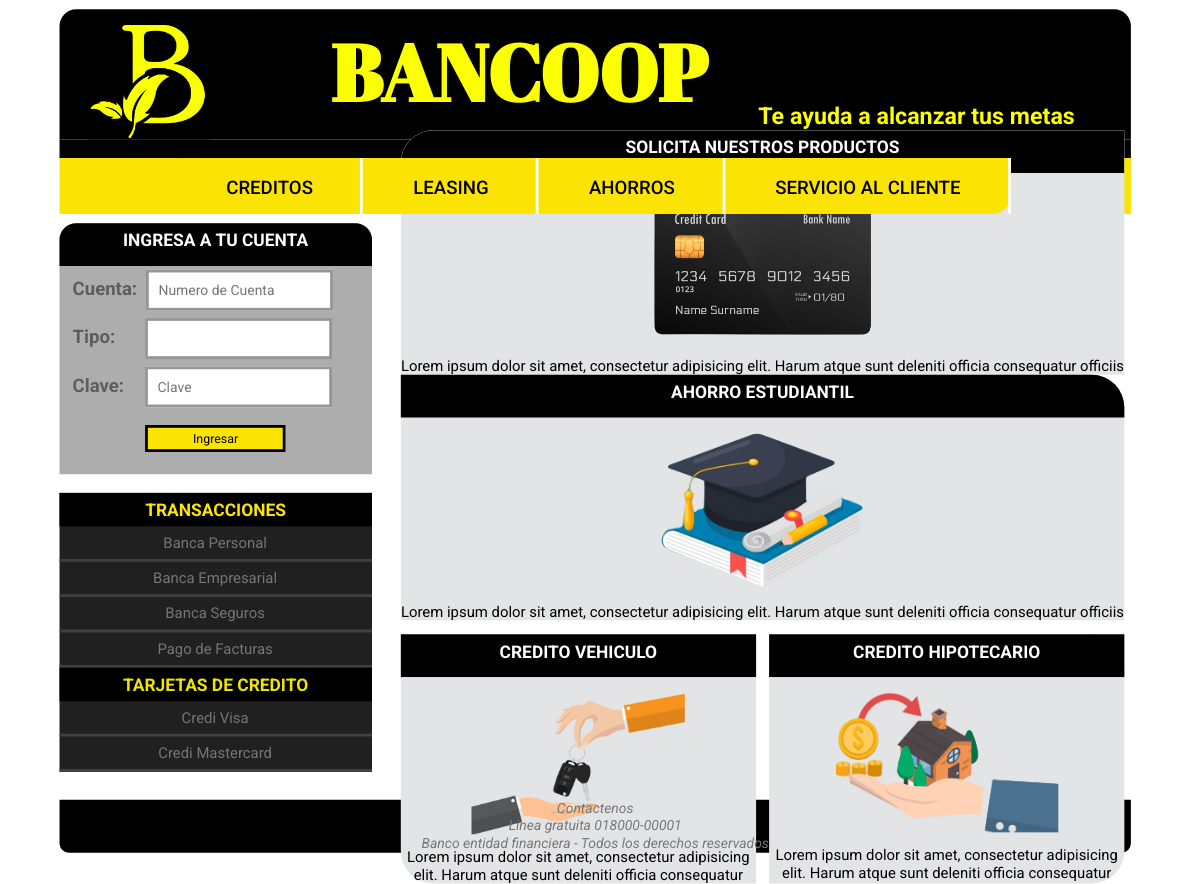
Repository: NickArregoces/BANCOOP
Page: Index.html
These files come from the project's save history. The page is drawn as it stood at one moment and after the next save; the edit follows.
The browser window is 1280 px wide. The pictures show the whole page, at 93% of full size.

Above is the page before, as saved 2021-10-15 10:38:38.

### Index.html
<!DOCTYPE html>
<html lang="en">
<head>
    <meta charset="UTF-8">
    <meta http-equiv="X-UA-Compatible" content="IE=edge">
    <meta name="viewport" content="width=device-width, initial-scale=1.0">
    <title>BANCOOP Home</title>
    <bgsound src="musica.mid"></bgsound>
    <link rel="stylesheet" href="/CSS/Style.css">
    <link href="https://fonts.googleapis.com/css2?family=Roboto:ital,wght@0,100;0,300;0,400;0,500;0,700;0,900;1,100;1,300;1,400;1,500;1,700;1,900&display=swap" rel="stylesheet">
    <link rel="preconnect" href="https://fonts.googleapis.com">
    <link rel="preconnect" href="https://fonts.gstatic.com" crossorigin>
    <link href="https://fonts.googleapis.com/css2?family=Abril+Fatface&display=swap" rel="stylesheet">

</head>
<body>
    <header>
            <div class="image">
                <img src="/Images/logo1.png" alt="logo">
            </div>
            <div class="title" >
                <h1>BANCOOP</h1>
                <h3>Te ayuda a alcanzar tus metas</h3>
            </div>

    </header>

    <nav class="barra"></nav>

            <div class="navegador">
                <ul class="menu">
                    <li><a href="/Creditos.html">Creditos</a></li>
                    <li><a href="/Leasing.html">leasing</a></li>
                    <li><a href="/Ahorros.html">Ahorros</a></li>
                    <li><a href="/Servicio.html">Servicio al cliente</a></li>
                </ul>
            </div>

        <div id="Contenido">
            <div class="section">
                <form action="" class="login">
                    <h3 style="color: rgb(255, 255, 255);">INGRESA A TU CUENTA</h3>
                        <div class="cuenta">
                            <h4>Cuenta:<input type="number" placeholder="Numero de Cuenta" required></h4>
                        </div>

                        <div class="tipo">
                            <h4>Tipo:<input type="text" required></h4>
                        </div>

                        <div class="clave">
                            <h4>Clave:<input type="password" placeholder="Clave" required></h4>
                        </div>

                    <div class="center">
                        <button class="sumbit"> Ingresar </button>
                    </div>

                </form>

                <article class="opciones">
                    <h3 style="color: rgb(255, 230, 0);">TRANSACCIONES</h3>
                    <li><a href="#">Banca Personal</a></li>
                    <li><a href="#">Banca Empresarial</a></li>
                    <li><a href="#">Banca Seguros</a></li>
                    <li><a href="#">Pago de Facturas</a></li>

                    <h3 style="color: rgb(238, 230, 0);">TARJETAS DE CREDITO</h3>
                    <li><a href="#">Credi Visa</a></li>
                    <li><a href="#">Credi Mastercard</a></li>
                </article>
            </div>

            <div id="Cuadros">
                <aside>
                    <div class="solicita">
                        <h3 style="color: rgb(255, 255, 255);">SOLICITA NUESTROS PRODUCTOS</h3>

                        <div id="Prueba">
                        <img id="Prubea" src="/Images/credit.png" alt="">
                        </div>

                        <p>Lorem ipsum dolor sit amet, consectetur adipisicing elit.
                            Harum atque sunt deleniti officia consequatur officiis</p>
                    </div>

                    <div class="ahorro">
                        <h3 style="color: rgb(255, 255, 255);">AHORRO ESTUDIANTIL</h3>

                        <div id="Prueba">
                        <img id="Prubea" src="/Images/Captura de pantalla 2021-10-04 181948.png" alt="">
                        </div>

                        <p>Lorem ipsum dolor sit amet, consectetur adipisicing elit.
                            Harum atque sunt deleniti officia consequatur officiis</p>
                    </div>

                    <div class="credito">
                        <h3 style="color: rgb(255, 255, 255);">CREDITO VEHICULO</h3>

                        <div id="Prueba">
                        <img id="Prubea" src="/Images/Captura de pantalla 2021-10-04 192824.png" alt="">
                        </div>

                        <p>Lorem ipsum dolor sit amet, consectetur adipisicing elit.
                            Harum atque sunt deleniti officia consequatur</p>
                    </div>
                    <div class="hipotecario">
                        <h3 style="color: rgb(255, 255, 255);">CREDITO HIPOTECARIO</h3>

                        <div id="Prueba">
                        <img id="Prubea" src="/Images/Wallpaper(80).jpg" alt="">
                        </div>

                        <p>Lorem ipsum dolor sit amet, consectetur adipisicing elit.
                            Harum atque sunt deleniti officia consequatur </p>
                    </div>
                </aside>
            </div>

            <div>
                <footer>
                        <p>Contactenos</p>
                        <p>Linea gratuita 018000-00001</p>
                        <p>Banco entidad financiera
                        - Todos los derechos reservados</p>
                </footer>
            </div>
        </div>

</body>
</html>

### CSS/Style.css

*{
    margin: 0 auto;
    padding: 0;
    list-style:none;
    font-family: 'Roboto', sans-serif;
}
body{
    font-family: Arial, Helvetica, sans-serif;
    background: rgb(255, 255, 255);
    width: 90%;
    color: rgb(0, 0, 0);
}
header{
    display: flex;
    justify-content: space-around;
    padding: 10px 0px;
    margin-top: 10px;
    background:rgb(0, 0, 0);
    border-top-left-radius:  18px;
    border-top-right-radius:  18px;
    height: 120px;
}
    /*Logo*/
    .image img{
        float: left;
        width: 130px;
        cursor: pointer;
        /*margin-left: 330px;
        margin-top: 5px;*/
    }
    header .title h1{
        width: 400px;
        height: 90px;
        margin-left: 70px;
        font-family: 'Abril Fatface', cursive;
        font-size: 85px;
        text-align: center;
        color: rgb(251, 255, 0);
    }

    header .title h3{
        width: 400px;
        margin-left: 500px;
        font-size: 25px;
        text-align: center;
        color: rgb(251, 255, 0);
    }

nav.barra{
    background: rgb(0, 0, 0);
    height: 20px;
}
div.navegador{
    background: rgb(251, 227, 3);
    justify-content: space-around;
    align-items: center;
    display:flex
}
    ul.menu{
        border-bottom-left-radius: 20px 20px;
        border-bottom-right-radius: 20px 20px;
        background: rgb(251, 227, 3);
        height: 60px;
        list-style: none;
        padding: 0;
        max-width: 10000px;
    }
    .menu a{
        height: 20px;
        font-size: 20px;
        font-weight: 500;
        margin-right: 1px;
        text-transform: uppercase;
        text-decoration: none;
        color:black;
        padding: 20px;
        display: inline-block;
        transition: all 0.3s;
    }
    .menu li {
        border-right: solid white;
        display: inline-block;
        padding: 0px 30px;
        list-style: none;

        }
    .menu a:hover{
        background: #8d8405b6;
        color: white;
        border-radius: 10px;
        padding: 10px 18px;
        }

.section{
    width: 30%;
    float: left;
}
    /*Formulario Login*/
    form{
        background: rgb(173, 173, 173);
        border-top-left-radius: 18px;
        border-top-right-radius: 18px;
        margin-top: 10px;
        margin-right:10px;
        margin-bottom: 10px;
        height: 270px;
    }
        form h3{
            text-align: center;
            background: black;
            height: 30px;
            padding: 8px;
            border-top-left-radius: 18px;
            border-top-right-radius: 18px;
        }
        form h4{
            font-size: 20px;
            padding: 4px;
            margin-left: 10px;
            color: rgb(95, 93, 93);

        }
        form input{
            font-size: 15px;
            width: 55%;
            padding: 10px;
            display: inline;
            border: solid rgb(149, 149, 149);
            margin-left: 10px;
        }
        div.clave input {
            margin-left: 23px;
        }
        div.tipo input {
            margin-left: 32px;
        }
        div.center{
            margin-top: 10px;
            margin: auto;
            text-align: center;
            width: 50%;
            cursor: pointer;
        }
        button{
            margin-top: 15px;
            width: 90%;
            padding: 4px;
            background: rgb(251, 227, 3);
            border: solid black;
            cursor: pointer;
        }
        button:hover{
            background: #000000;
            color: rgb(251, 227, 3);
            border-radius: 8px;
        }
    /*Menu lateral*/
    article {
        height: 300px;
        background: rgb(32, 32, 32);
        margin-top: 20px;
        margin-right:10px;
        margin-bottom: 10px;
    }
        article h3{
            text-align: center;
            padding: 8px;
            height: 20px;
            background: black;
        }
        .opciones li a{
            font-size: 16px;
            margin-right: 1px;
            text-align: center;
            text-decoration: none;
            color:rgb(117, 117, 117);
            padding: 8px;
            display: inline-block;
        }
        .opciones li {
            border-bottom: solid rgba(68, 68, 68, 0.897);
            text-align: center;
            display:inline-flexbox;
            }
        .opciones li a:hover{
            background: #242323b6;
            color: rgb(251, 227, 3);
            padding: 10px;
            }

    /*Servicios*/
aside{
    width: 69%;
    height: 610px;
    margin-top: 10px;
    float: right;
    margin-bottom: 10px;
    display: flex;
    flex-flow: row wrap;
    align-content: center;
}
    div.solicita{
        border-top-left-radius: 35px;
        margin-left: 10px;
        background: #e3e4e5;
        text-align:center;
        overflow:hidden;
    }
    /*Centrado Imagenes aside*/
    #Prueba{
        display: flex;
        align-items: center;
        justify-content: center;
    }
        div.solicita img {
            width: 250px;
            margin-top: 15px;
            margin-bottom: 15px;
            cursor:pointer;
        }
        /*Efecto Imagenes aside*/
        div aside img:hover{
            -webkit-transform:scale(1.1);
            transform:scale(1.1);
        }
        div.solicita h3{
            text-align: center;
            background: black;
            height: 30px;
            padding: 8px;
            border-top-left-radius: 35px;
        }
        div.solicita p{
            display: inline-block;
            text-align: center;
        }

    div.ahorro {
        border-top-right-radius: 35px;
        margin-left: 10px;
        background: #e3e4e5;
    }
        div.ahorro img {
            width: 220px;
            margin-top: 15px;
            margin-bottom: 15px;
            cursor:pointer;
        }
        div.ahorro h3{
            text-align: center;
            background: black;
            height: 30px;
            padding: 8px;
            border-top-right-radius: 35px;
        }
        div.ahorro p{
            display: inline-block;
            text-align: center;
        }

    div.credito {
        width: 48%;
        float: left;
        margin-top: 15px;
        border-bottom-left-radius: 35px;
        margin-left: 10px;
        background: #e3e4e5;
    }
        div.credito img {
            width: 230px;
            margin-top: 15px;
            margin-bottom: 15px;
            cursor:pointer;
        }
        div.credito h3{
            text-align: center;
            background: black;
            height: 30px;
            padding: 8px;
        }
        div.credito p{
            display: inline-block;
            text-align: center;
        }

    div.hipotecario {
        width: 48%;
        float: right;
        border-top-right-radius: 35px;
        border-bottom-right-radius: 35px;
        margin-top: 15px;
        background: #e3e4e5;
        }
            div.hipotecario img {
                width: 240px;
                margin-top: 15px;
                margin-bottom: 15px;
                cursor:pointer;
            }
            div.hipotecario h3{
                text-align: center;
                background: black;
                height: 30px;
                padding: 8px;
            }
            div.hipotecario p{
                display: inline-block;
                text-align: center;
            }

    /*Pie de Pagina*/
footer{
    background: black;
    clear: both;
    border-bottom-left-radius: 10px;
    border-bottom-right-radius: 10px;
}
    footer p{
        font-size: 15px;
        text-align: center;
        line-height: 15px;
        color: rgb(121, 119, 119);
        font-style:italic;
        padding: 2px;
    }

After the next save:
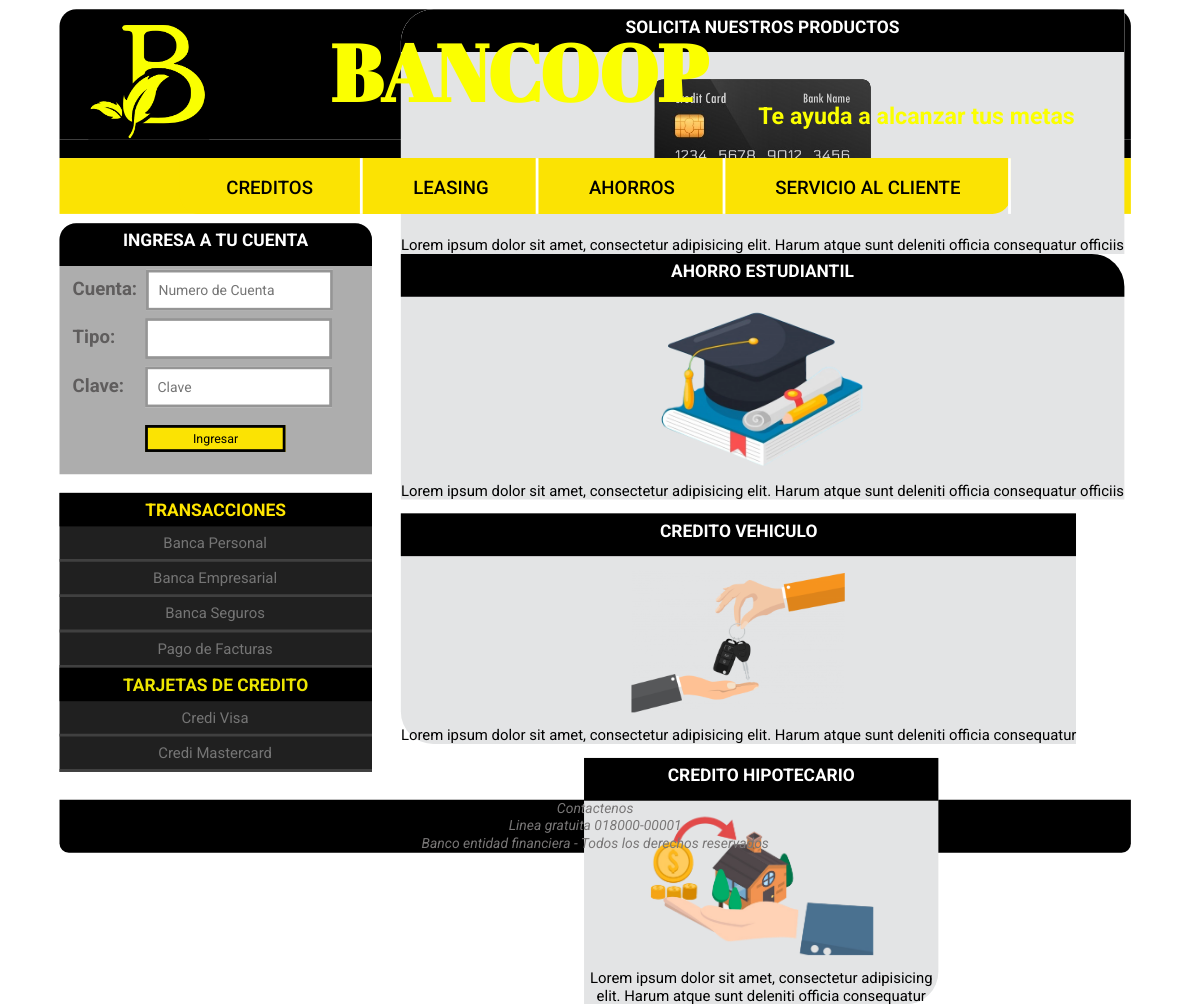
Saved 22 s later.
--- a/CSS/Style.css
+++ b/CSS/Style.css
@@ -260,8 +260,6 @@ aside{
         }
 
     div.credito {
-        width: 48%;
-        float: left;
         margin-top: 15px;
         border-bottom-left-radius: 35px;
         margin-left: 10px;
